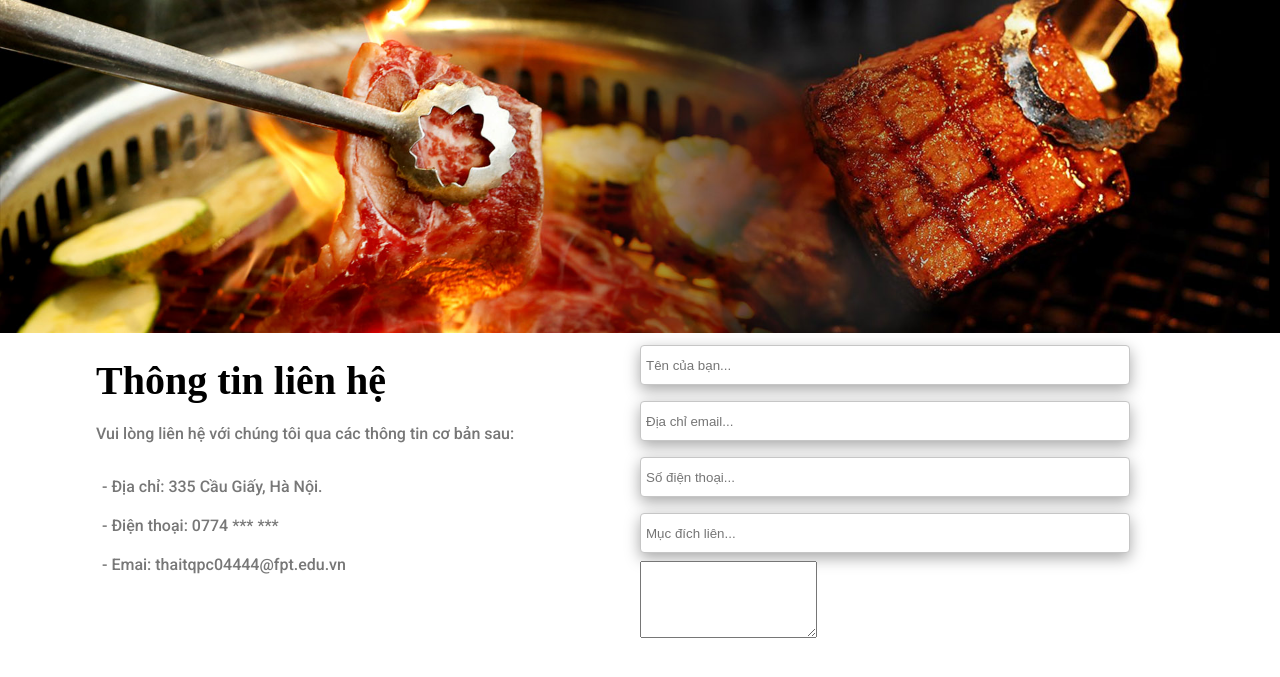
Repository: QUANGTHAI2003/sunhomesbbq
Page: LienHe.html
The author's editor kept a copy of each file at every save. The page is drawn from the files as they stood at one save, then again after the next save.
The browser window is 1280 px wide. The pictures show the whole page.
The pointer rests on the first visible `.enter-info input`.
Some web fonts or font styles are not loaded; a fallback is used.

Above is the page before, as saved 2022-02-14 15:33:24.

After the next save:
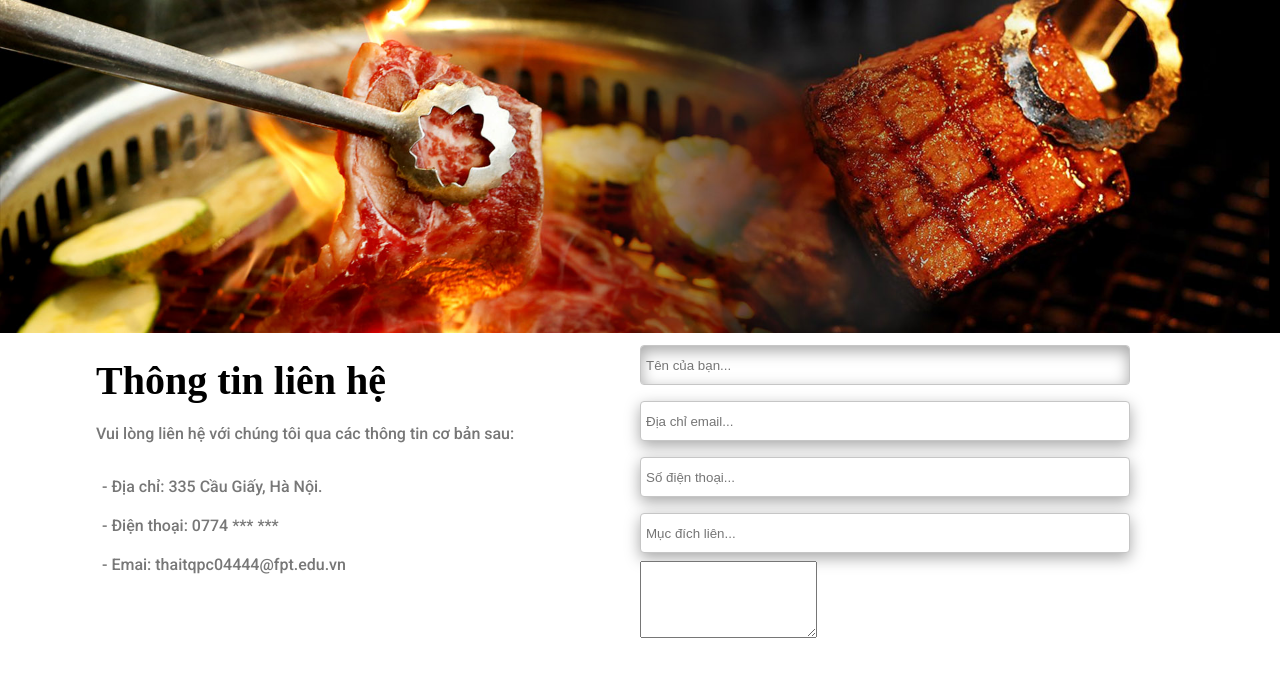
Saved 46 s later.
--- a/style.css
+++ b/style.css
@@ -835,3 +835,7 @@
     outline: none;
     box-shadow: rgba(0, 0, 0, 0.35) 0px 5px 15px;
 }
+
+.enter-info input:hover {
+    box-shadow: inset rgba(0, 0, 0, 0.35) 0px 5px 15px;
+}
